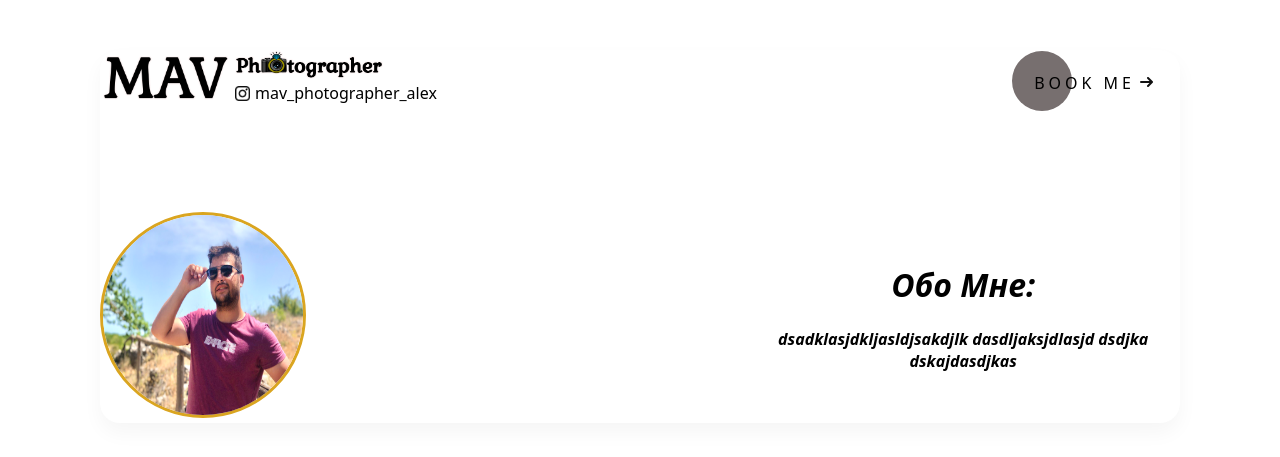
Repository: Dekabrist94/MAV
Page: /
An editor plug-in stored every save of this project. The page is shown before and after the next save, followed by the edit.
The browser window is 1280 px wide. The pictures show the whole page.
The project was rebuilt for these pictures with package versions that can differ from the ones it lists, and the page was loaded fresh each time.

Above is the page before, as saved 2023-02-28 21:41:23.

### src/index.js
import React from 'react';
import ReactDOM from 'react-dom/client';
import './index.scss';
import App from './App';
import reportWebVitals from './reportWebVitals';

const root = ReactDOM.createRoot(document.getElementById('root'));
root.render(
  <React.StrictMode>
    <App />
  </React.StrictMode>,
);

// If you want to start measuring performance in your app, pass a function
// to log results (for example: reportWebVitals(console.log))
// or send to an analytics endpoint. Learn more: https://bit.ly/CRA-vitals
reportWebVitals();

### src/index.scss
body {
  margin: 0;
  font-family: system-ui;
  -webkit-font-smoothing: antialiased;
  -moz-osx-font-smoothing: grayscale;
  background-color: white;
}

.wrapper {
  background: #ffffff;
  box-shadow: 0px 10px 20px rgba(0, 0, 0, 0.04);
  border-radius: 20px;
  max-width: 1080px;
  margin: 50px auto;
}

header {
  display: flex;
  justify-content: space-between;
}

img {
  margin-right: 5px;
}

.headerLeft {
  display: flex;
  align-items: center;
}

.instaLink {
  display: flex;
  margin-top: -3px;
  align-items: center;
}

.bookMe {
  margin-top: 20px;
}
h3,
p {
  margin: 0;
}

.aboutMe {
  display: flex;
  padding-top: 10%;
  align-items: center;
  justify-content: space-between;
}

.avatar {
  border-radius: 50%;
  border: 3px goldenrod solid;
}

.textAbout {
  padding: 0;
  margin-left: 10%;
  text-align: center;
  font-style: italic;
}

### src/App.js
import AVATAR from './assets/img/AVATAR.jpg';
import MAV from './assets/img/MAV.png';
import PHOTOGRAPHER from './assets/img/photographer.png';
import InstaLogo from './assets/img/instagram.png';
import { CustomButton } from './components/button UI';

function App() {
  return (
    <div className="wrapper">
      <header>
        <div className="headerLeft">
          <img width={130} height={50} src={MAV} alt="logo" />
          <div className="headerInfo">
            <img width={150} height={30} src={PHOTOGRAPHER} alt="logo" />
            <div className="instaLink">
              <img width={15} height={15} src={InstaLogo} alt="Instagram" />
              <p>mav_photographer_alex</p>
            </div>
          </div>
        </div>
        <div className="bookMe">
          <CustomButton text="BOOK ME" style="link" />
        </div>
      </header>
      <div className="aboutMe">
        <div>
          <img className="avatar" width={200} height={200} src={AVATAR} alt="AVATAR" />
        </div>
        <div>
          <h1 className="textAbout">Обо Мне:</h1>
          <h4 className="textAbout">
            dsadklasjdkljasldjsakdjlk dasdljaksjdlasjd dsdjka dskajdasdjkas{' '}
          </h4>
        </div>
      </div>
    </div>
  );
}

export default App;

### src/components/button UI/index.jsx
import styles from './Button.module.css';
import React from 'react';

export const CustomButton = ({ type, text, link, style }) => {
  if (style === 'btn') {
    return (
      <button className={`${styles.button} ${styles.buttonBtn}`} type={type}>
        <span>{text}</span>
        <svg width="13px" height="10px" viewBox="0 0 13 10">
          <path d="M1,5 L11,5"></path>
          <polyline points="8 1 12 5 8 9"></polyline>
        </svg>
      </button>
    );
  } else if (style === 'link') {
    return (
      <a
        href={link}
        className={`${styles.button} ${styles.buttonLink}`}
        target="_blank"
        rel="noreferrer">
        <span>{text}</span>
        <svg width="13px" height="10px" viewBox="0 0 13 10">
          <path d="M1,5 L11,5"></path>
          <polyline points="8 1 12 5 8 9"></polyline>
        </svg>
      </a>
    );
  }
  return <button>{text}</button>;
};

### src/components/button UI/Button.module.css
.button {
  position: relative;
  margin: auto;
  padding: 19px 22px;
  transition: all 0.2s ease;
  cursor: pointer;
}
.button:before {
  content: '';
  position: absolute;
  top: 0;
  left: 0;
  display: block;
  border-radius: 50%;

  width: 60px;
  height: 60px;
  transition: all 0.5s ease;
}
.buttonLink:before {
  background: rgb(119, 111, 111);
}
.buttonBtn:before {
  background: rgba(255, 165, 45, 0.5);
}
.button span {
  position: relative;
  font-size: 16px;
  line-height: 18px;
  font-weight: 400;
  letter-spacing: 4px;
  text-transform: uppercase;
  vertical-align: middle;
  transition: color 0.5s ease;
}
.button:hover span {
  color: #fff;
}
.button svg {
  position: relative;
  top: 0;
  margin-left: 10px;
  fill: none;
  stroke-linecap: round;
  stroke-linejoin: round;
  stroke: #111;
  stroke-width: 2;
  transform: translateX(-5px);
  transition: all 0.5s ease;
}
.button:hover:before {
  width: 100%;
  border-radius: 50px;
}
.buttonLink:hover:before {
  background: black;
}
.buttonBtn:hover:before {
  background: rgb(255, 165, 45);
}
.button:hover svg {
  transform: translateX(0);
  stroke: #fff;
}
.button:active {
  transform: scale(0.96);
}

Loaded but not shown: public/index.html (common file); src/reportWebVitals.js (common file)

After the next save:
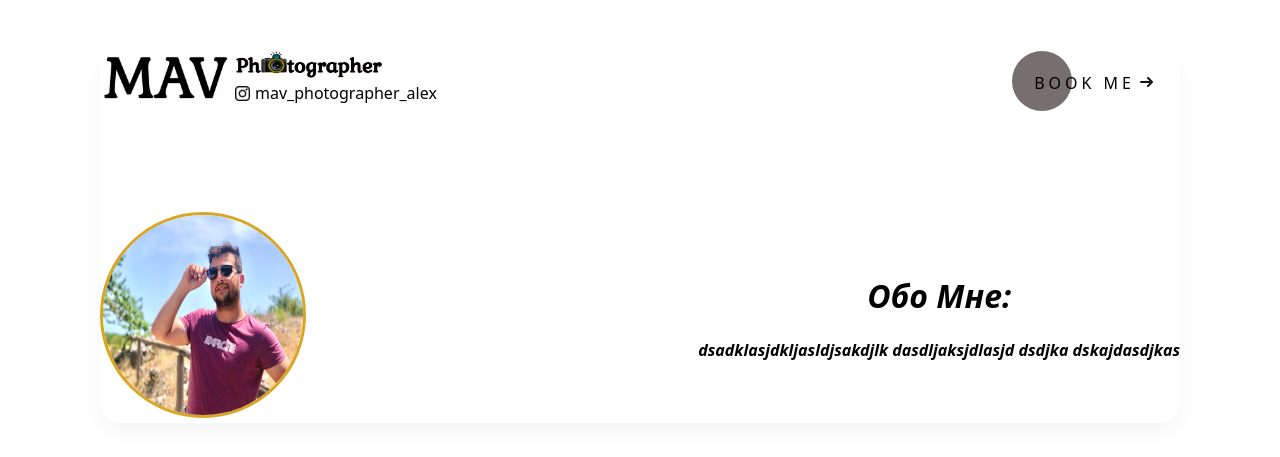
Saved 7 s later.
--- a/src/index.scss
+++ b/src/index.scss
@@ -55,8 +55,6 @@
 }
 
 .textAbout {
-  padding: 0;
-  margin-left: 10%;
   text-align: center;
   font-style: italic;
 }
